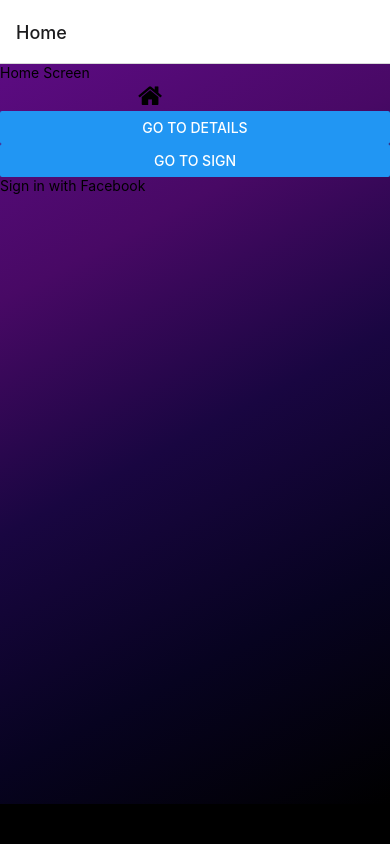
Repository: eyebone/barManager
Screen: /
An editor plug-in stored every save of this project. The screen is shown before and after the next save, followed by the edit.
The app was drawn by React Native's web renderer in a window 390 px wide. The project was rebuilt for these pictures with package versions that can differ from the ones it lists, and the page was loaded fresh each time. Some packages were replaced by stand-ins written for this rebuild. Also part of the build but not shown: components/EmojiPicker.js, components/Button.js, components/ImageViewer.js, components/circleButton.js, components/IconButton.js, view/ViewOne.js, view/Sign.js.

Above is the screen before, as saved 2023-06-26 14:59:44.

After the next save:
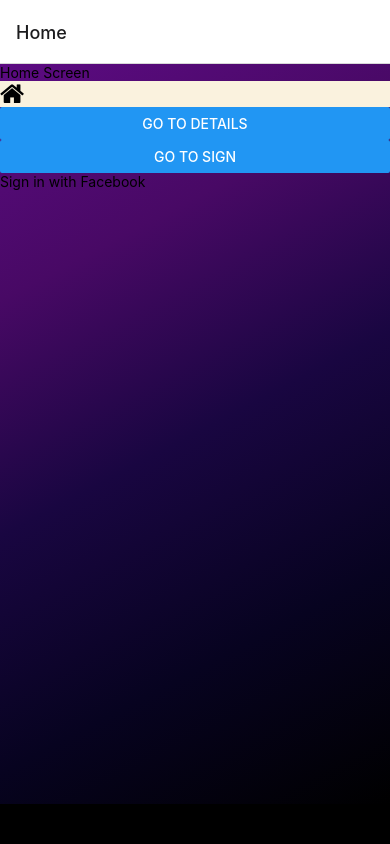
Saved 27 s later.
--- a/App.js
+++ b/App.js
@@ -20,7 +20,7 @@ function HomeScreen({ navigation }) {
         style={styles.linearGradient}
       >
         <Text>Home Screen</Text>
-        <Pressable style={styles.button}>
+        <Pressable style={(styles.button, { backgroundColor: "#faf2de" })}>
           <FontAwesome name="home" size={26} />
         </Pressable>
         <Button
